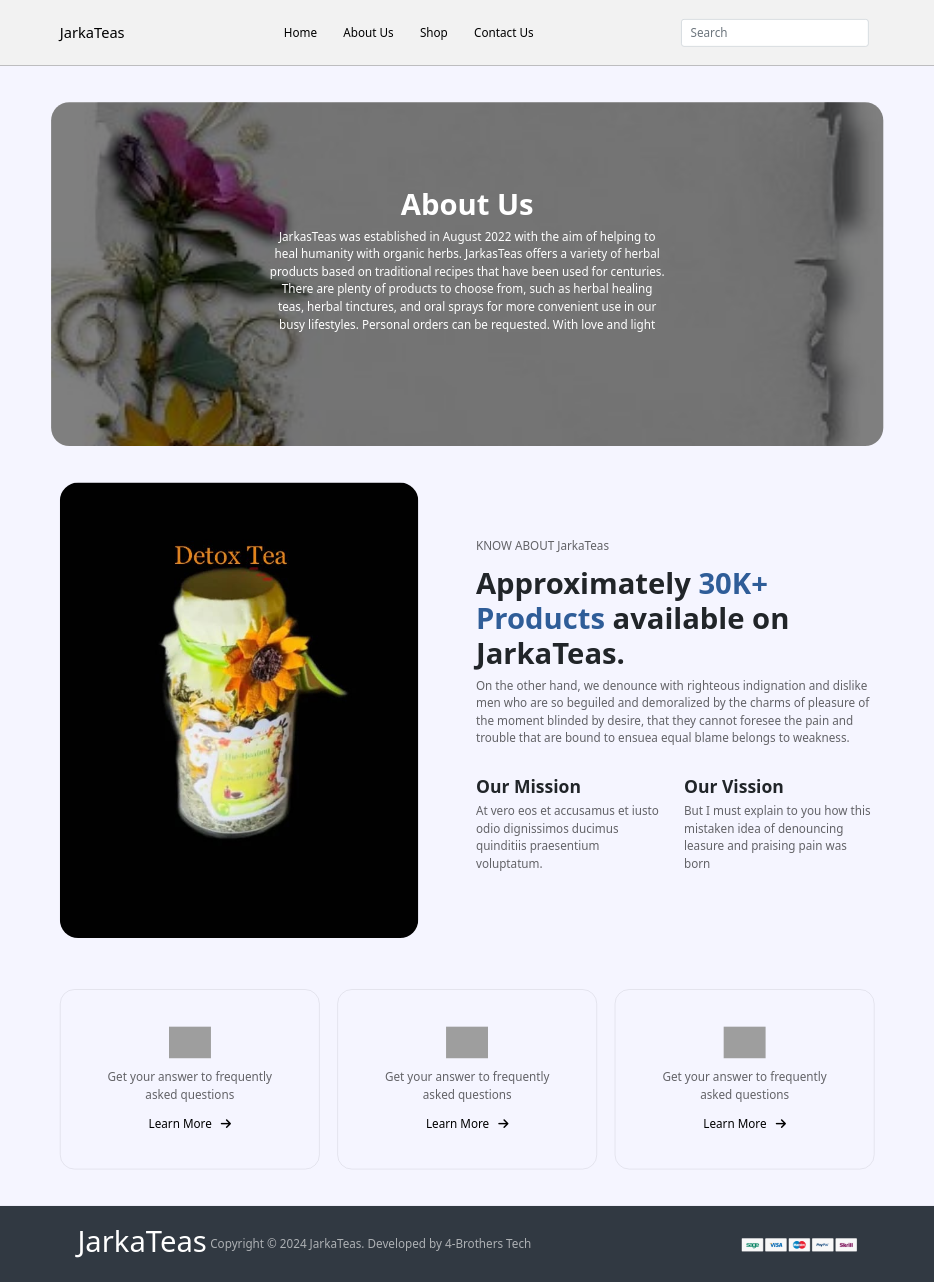
Repository: ZainAkbar51214/jarka
Page: about-us.html
These files come from the project's save history. The page is drawn as it stood at one moment and after the next save; the edit follows.
The browser window is 1280 px wide. The pictures show the whole page, at 73% of full size.
Pictures or frames that could not be fetched are drawn as grey boxes. Some web libraries are served in a nearby version.

Above is the page before, as saved 2024-06-15 10:52:53.

After the next save:
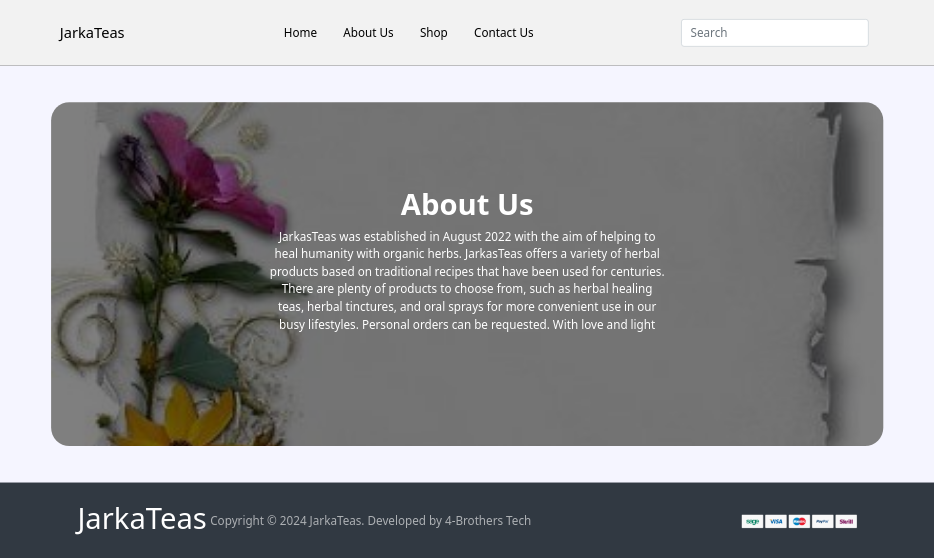
Saved 118 s later.
--- a/about-us.html
+++ b/about-us.html
@@ -109,7 +109,7 @@
 
     <!-- Approximately Section -->
 
-    <div class="container-fluid approximately">
+    <!-- <div class="container-fluid approximately">
         <div class="container">
             <div class="row d-flex align-items-center">
                 <div class="col-md-6 approximately-img-col">
@@ -136,11 +136,11 @@
                 </div>
             </div>
         </div>
-    </div>
+    </div> -->
 
 
     <!-- Get your answer -->
-    <div class="container-fluid question-mark">
+    <!-- <div class="container-fluid question-mark">
         <div class="container">
             <div class="row">
                 <div class="col-md-4">
@@ -166,7 +166,7 @@
                 </div>
             </div>
         </div>
-    </div>
+    </div> -->
 
 
     <!-- Footer -->
